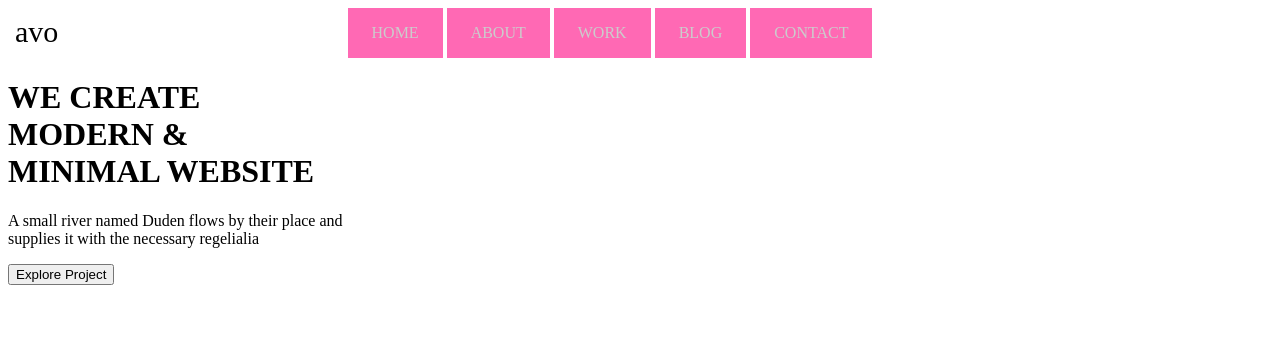
Repository: Tobby004/AVO-Template
Page: avo.html
These files come from the project's save history. The page is drawn as it stood at one moment and after the next save; the edit follows.
The browser window is 1280 px wide. The pictures show the whole page.

Above is the page before, as saved 2023-03-29 08:12:10.

After the next save:
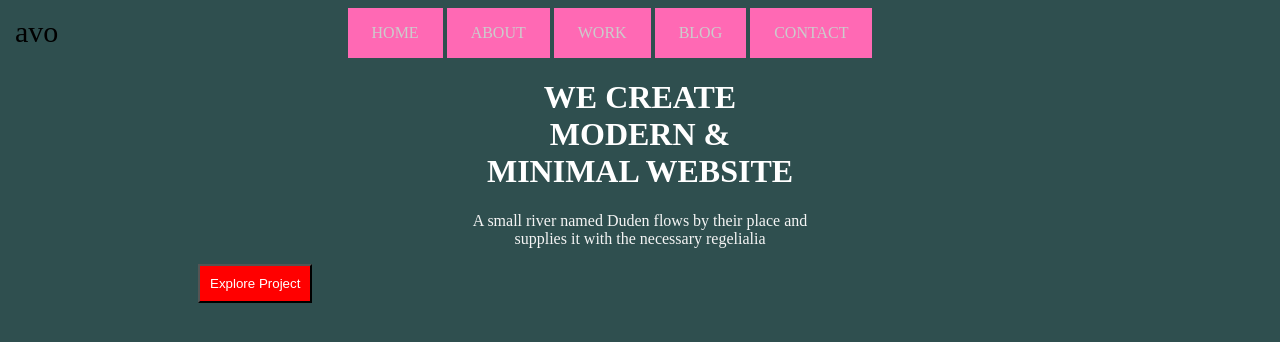
Saved 5 min 58 s later.
--- a/avo.css
+++ b/avo.css
@@ -1,5 +1,8 @@
 * {
     box-sizing: border-box;
+}
+body {
+    background: darkslategrey;
 }
 .logo {
   font-size: 30px;
@@ -20,3 +23,17 @@ padding: 1rem 1.5rem;
 background: hotpink;
 color: #ccc;
 }
+h1 {
+    color: white;
+    text-align: center;
+}
+main p {
+    color: whitesmoke;
+    text-align: center;
+}
+input[type="button"] {
+    padding: 10px;
+    color: white;
+    background: red;
+    margin-left: 190px;
+}
